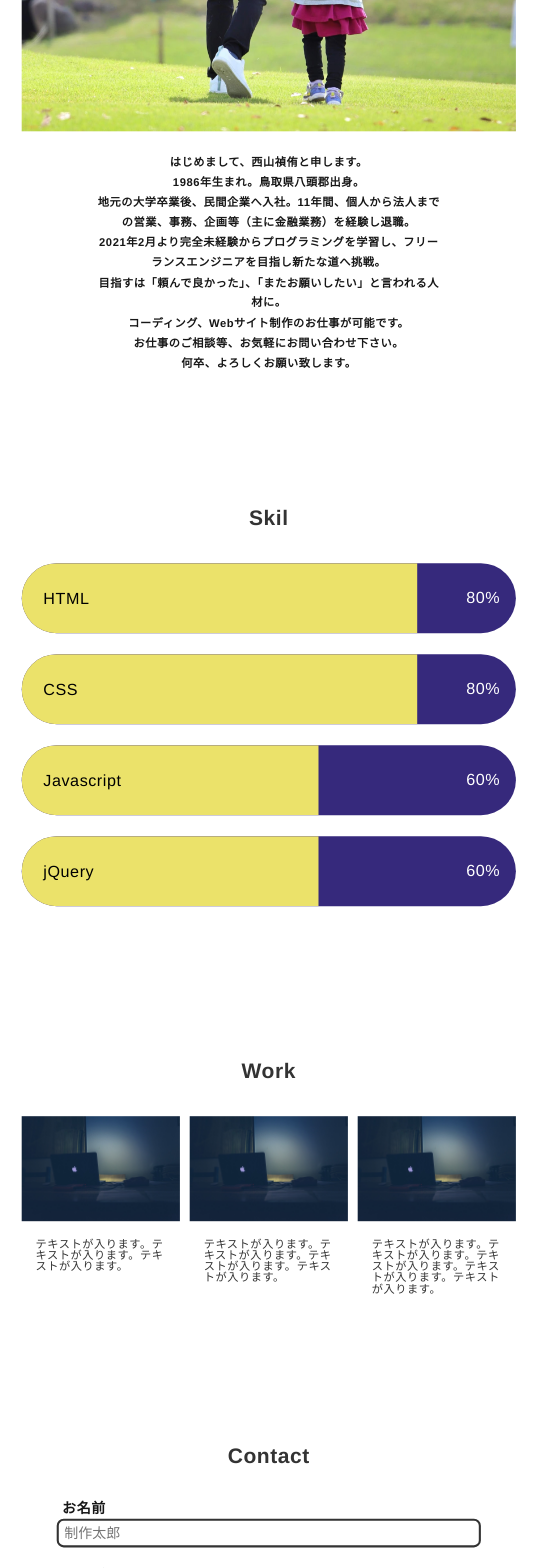
Repository: sadayuki15/portfolio
Page: index.html
The author's editor kept a copy of each file at every save. The page is drawn from the files as they stood at one save, then again after a run of saves.
The browser window is 768 px wide. The pictures show the part of the page from y = 1432 to 3672 px (the page is 4222 px tall before and 4362 px after), at 70% of full size.

Above is the page before, as saved 2021-04-26 14:43:00.

### index.html
<!DOCTYPE html>
<html lang="ja">
<head>
  <meta charset="UTF-8">
  <meta http-equiv="X-UA-Compatible" content="IE=edge">
  <meta name="viewport" content="width=device-width, initial-scale=1.0">
  <link rel="stylesheet" href="./css/reset.css">
  <link rel="stylesheet" href="./css/style.css">
  <title>Document</title>
</head>
<body>
  <!-- header -->
  <header class="header">
    <div class="header-inner">
      <h1 class="header-title">PortFolio</h1>
      <nav class="header-nav">
        <ul class="nav-list">
          <li class="nav-item"><a href="#">Home</a></li>
          <li class="nav-item"><a href="#">About</a></li>
          <li class="nav-item"><a href="#">Skil</a></li>
          <li class="nav-item"><a href="#">Work</a></li>
          <li class="nav-item"><a href="#">Contact</a></li>
        </ul>
      </nav>
      <button id="burger-btn">
        <span class="bar bar_top"></span>
        <span class="bar bar_mid"></span>
        <span class="bar bar_bottom"></span>
      </button>
    </div>
  </header>
  <!-- //header -->

  <main>
  <!-- fv -->
  <div class="fv">
    <div class="main-copy">
      <p class="main-title">
        SADAYUKI<br>
        NISIYAMA
      </p>
    </div>
  </div>
  <!-- //fv -->

  <!-- About -->
  <div class="section-wrapper">
    <h2 class="section-title">ABOUT</h2>
    <div class="section-inner about">
      <div class="about-img-wrapper">
        <img calss="ab-img" src="./img/about3.jpg" alt="">
      </div>
      <div class="about-contents">
        <p class="about-text">
          はじめまして、西山禎侑と申します。
        </p>
        <p class="about-text">
          1986年生まれ。鳥取県八頭郡出身。
        </p>
        <p class="about-text">
          地元の大学卒業後、民間企業へ入社。11年間、個人から法人までの営業、事務、企画等（主に金融業務）を経験し退職。
        </p>
        <p class="about-text">
          2021年2月より完全未経験からプログラミングを学習し、フリーランスエンジニアを目指し新たな道へ挑戦。
        </p>
        <p class="about-text">
          目指すは「頼んで良かった」、「またお願いしたい」と言われる人材に。
        </p>
        <p class="about-text">
          コーディング、Webサイト制作のお仕事が可能です。<br>
          お仕事のご相談等、お気軽にお問い合わせ下さい。
        </p>
        <p class="about-text">
          何卒、よろしくお願い致します。
        </p>
      </div>
    </div>
  </div>
  <!-- //About -->

  <!-- skil -->
  <div class="section-wrapper">
    <h2 class="section-title">Skil</h2>
    <div class="section-inner">
      <div class="chart">
        <div id="board">
          <div class="row">
            <span class="label">HTML</span>
            <div class="bar-wrap">
              <div class="bar" data-value="80"></div>
            </div>
            <span class="number">80%</span>
          </div><!-- row -->
          <div class="row">
            <span class="label">CSS</span>
            <div class="bar-wrap">
              <div class="bar" data-value="80"></div>
            </div>
            <span class="number">80%</span>
          </div><!-- row -->
          <div class="row">
            <span class="label">Javascript</span>
            <div class="bar-wrap">
              <div class="bar" data-value="60"></div>
            </div>
            <span class="number">60%</span>
          </div><!-- row -->
          <div class="row">
            <span class="label">jQuery</span>
            <div class="bar-wrap">
              <div class="bar" data-value="60"></div>
            </div>
            <span class="number">60%</span>
          </div><!-- row -->
        </div><!-- board -->
      </div><!-- chart -->
    </div>
  </div>
  <!-- //skil -->

  <!-- works -->
  <div class="section-wrapper">
    <h2 class="section-title">Work</h2>
    <div class="section-inner">
      <ul class="work-list">
        <li class="work-item">
          <a href="">
            <div class="work-img">
              <img src="./img/top2.jpg" alt="">
            </div>
            <p class="work-text">テキストが入ります。テキストが入ります。テキストが入ります。</p>
          </a>
        </li>
        <li class="work-item">
          <a href="">
            <div class="work-img">
              <img src="./img/top2.jpg" alt="">
            </div>
            <p class="work-text">テキストが入ります。テキストが入ります。テキストが入ります。テキストが入ります。</p>
          </a>
        </li>
        <li class="work-item">
          <a href="">
            <div class="work-img">
              <img src="./img/top2.jpg" alt="">
            </div>
            <p class="work-text">テキストが入ります。テキストが入ります。テキストが入ります。テキストが入ります。テキストが入ります。</p>
          </a>
        </li>
      </ul>
    </div>
  </div>
  <!-- //works -->

  <!-- contact -->
  <div class="section-wrapper">
    <h2 class="section-title">Contact</h2>
    <div class="section-inner">
      <form action="https://docs.google.com/forms/u/0/d/e/1FAIpQLSfCjsqzzj8C34UUE0Mi2WnerATBCsd4cWR83YcoPwhWItEpFQ/formResponse">
        <ul class="contact-list">
          <li class="contact-item">
            <label for="name" class="contact-label">お名前</label>
          </li>
          <li class="contact-item">
            <input id="name" class="input-text" type="text" name="entry.32834570" placeholder="制作太郎">
          </li>
        </ul>
        <ul class="contact-list">
          <li class="contact-item">
            <label for="name" class="contact-label">フリガナ</label>
          </li>
          <li class="contact-item">
            <input id="name" class="input-text" type="text" name="entry.382189680" placeholder="フリガナ">
          </li>
        </ul>
        <ul class="contact-list">
          <li class="contact-item">
            <label for="email" class="contact-label">メールアドレス</label>
          </li>
          <li class="contact-item">
            <input id="email" class="input-text" type="text" name="entry.303714741" placeholder="example@mail.co.jp">
          </li>
        </ul>
        <ul class="contact-list">
          <li class="contact-item">
            <label for="msg" class="contact-label">お問い合わせ内容</label>
          </li>
          <li class="contact-item">
            <textarea id="msg" name="entry.1496098719" placeholder="お気軽にお問い合わせください。"></textarea>
          </li>
        </ul>
        <div class="contact-btn">
          <button class="submit-btn" type="submit" name="button" value="送信">送信する</button>
        </div>
      </form>
    </div>
  </div>
  <!-- //contact -->







  </main>



  <script src="jquery-3.6.0.min.js"></script>
  <script src="index.js"></script>
</body>
</html>

### css/style.css
html {
  font-size: 62.5%;
}
body {
  font-size: 1.6rem;
  letter-spacing: .05em;
  color: #171717;
  font-family: Helvetica, '游ゴシック', 'Yu Gothic', YuGothic, HiraKakuProN-W3, 'メイリオ', Meiryo, sans-serif;
}
ul {
  text-decoration: none;
}
li {
  list-style: none;
}
a {
  text-decoration: none;
}
img {
  width: 100%;
  vertical-align: bottom;
}
/*-------共通-------*/
.section-wrapper {
  padding: 100px 0 100px;
  margin-bottom: 50px;
}
.section-title{
  max-width: 1000px;
  color: #333;
  font-size: 6rem;
  margin: 0 auto 80px;
  padding: 0 30px;
  text-align: center;
}
.section-inner {
  max-width: 1000px;
  margin: 0 auto;
  padding: 0 50px;
}


/*-------header-------*/
.header {
  width: 100%;
  padding: 19px 30px;
  position: absolute;
  top: 0;
  left: 0;
  z-index: 1;
  transition: .3s;
  color: #fff;
  box-sizing: border-box;
}
.header-inner {
  max-width: 1200px;
  margin: 0 auto;
  display: flex;
  justify-content: space-between;
  align-items: center;
  box-sizing: border-box;
}
.header-title {
  font-size: 2.6rem;
}
.nav-list {
  display: flex;
}
.nav-item a {
  display: block;
  color: #fff;
  font-weight: bold;
  text-decoration: none;
  transition: .3s;
}
.nav-item {
  margin-right: 30px;
}
.nav-item:last-of-type {
  margin-right: 0;
}
.nav-item a:hover {
  opacity: .7;
  transition: .3s;
  text-decoration: 3px underline;
}
#burger-btn {
  display: none;
}

/*-------fv-------*/
.fv {
  width: 100%;
  height: 100vh;
  min-height: 550px;
  background-image: url(../img/fv-top.jpg);
  background-size: cover;
  background-position: center;
  /* position: relative; */
}
.main-copy {
  position: absolute;
  bottom: 19%;
  left: 8.3%;
  color: #fff;
  font-weight: bold;
}
.main-title{
  font-size: 10vw;
  text-align: center;
}

.about{
  display: flex;
  justify-content: space-between;
}
.about-img-wrapper {
  max-width: 400px;
  margin-right: 20px;
}
.ab-img {
  width: 100%;
}
.about-text {
  max-width: 500px;
  margin-bottom: 30px;
  line-height: 1.8;
  font-weight: bold;
}

/*-------skil-------*/
.content {
  width: 100%;
  height: 200px;
  line-height: 200px;
  text-align: center;
}
.chart {
  max-width: 1000px;
  margin: 0 auto;
}
.chart .row {
  position: relative;
  height: 100px;
  margin-bottom: 25px;
}
.chart .row span {
  color: #000;
  font-size: 1.8rem;
}
.chart .row span.label {
  position: absolute;
  top: 35px;
  left: 3%;
  padding-left: 10px;
  text-align: left;
  line-height: 30px;
  z-index: 10;
}
.chart .row .bar-wrap {
  position: relative;
  background: #36297c;
  width: 100%;
  height: 100%;
  overflow: hidden;
  border-radius: 50px;
}
.chart .row .bar-wrap .bar {
  position: absolute;
  top: 0;
  left: 0;
  height: 100%;
  background: #ebe26a;
  transition: all 1s;
  transform: translateX(-100%);
}
.chart .row .bar-wrap .bar.no {
  transform: translateX(0%);
}
.chart .row span.number {
  position: absolute;
  top: 35px;
  right: 3%;
  width: 40px;
  padding-right: 10px;
  text-align: right;
  line-height: 28px;
  z-index: 10;
  color: #fff;
}

/*-------work-------*/
.work-list {
  max-width: 1000px;
  margin: 0 auto;
  display: flex;
  justify-content: space-between;
}
.work-item {
  width: 32%;
}
.work-item a {
  color: #333;
}
.work-text {
  padding: 25px 20px;
}

/*-------contact-------*/
.contact-list {
  max-width: 700px;
  margin: 0 auto 30px;
  padding: 0 50px;
}
.contact-item {
  margin-bottom: 5px;
}
.contact-item:last-of-type {
  margin-bottom: 0;
}
.contact-label {
  display: block;
  font-weight: bold;
  font-size: 20px;
  padding: 0 8px;
}
input,textarea {
  resize: none;
  appearance: none;
  -webkit-appearance: none;
  outline: none;
  border: 3px solid #333;
  width: 100%;
  color: #333;
  box-sizing: border-box;
  border-radius: 10px;
  font-size: 20px;
}
.input-text {
  padding: 0 8px;
  line-height: 35px;
}
.input-text:focus {
  background-color: #eaf6fd;
}
textarea {
  height: 150px;
  padding: 0 8px;
  line-height: 30px;
}
textarea:focus {
  background-color: #eaf6fd;
}
.contact-btn {
  text-align: center;
  max-width: 700px;
  margin: 0 auto;
}
button {
  background-color: transparent;
  border: none;
  cursor: pointer;
  outline: none;
  padding: 0;
  appearance: none;
}
.submit-btn {
  display: block;
  width: 235px;
  line-height: 60px;
  margin: 0 auto;
  background-color: #d61010;
  box-shadow: 0 0 6px #1B1310;
  border-radius: 30px;
  text-align: center;
  color: #171717;
  font-weight: bold;
  transition: .3s;
  border: none;
  font-size: 20px;
}
.submit-btn:hover {
  opacity: .9;
  transition: .3s;
  cursor: pointer;
}

/*-------media-------*/
@media screen and (min-width: 1000px) {
  .chart .row {
    margin-bottom: 30px;
  }
  .chart .row span {
    color: #000;
    font-size: 3rem;
  }
}

@media screen and (max-width: 1000px) {
  .chart .row {
    margin-bottom: 30px;
  }
  .chart .row span {
    color: #000;
    font-size: 3vw;
  }
}

@media screen and (max-width:768px) {
  /*-------- base_sp -------*/
  .section-wrapper {
    padding: 100px 0 40px;
  }
  .section-title {
    padding: 0 4vw;
    font-size: 3rem;
    margin-bottom: 50px;
  }
  .section-title:after {
    width: 90px;
  }
  .section-inner {
    padding: 0 4vw;
  }

  /*-------- header -------*/
  .header-nav {
    position: fixed;
    top: -110%;
    left: 0;
    right: 0;
    width: 100%;
    height: 100vh;
    background: rgba(0,0,0,0.9);
    color: #ffffff;
    display: flex;
    align-items: center;
    justify-content: center;

    /* 上からスライド */
    transition: top 0.5s;
  }
  .nav-list {
    display: block;
  }
  .nav-item {
    margin-bottom: 20px;
  }

#burger-btn .bar {
  display: block;
  background-color: #fff;
  width: 30px;
  height: 3px;
  transition: .3s;
}
.bar_top,
.bar_mid {
  margin-bottom: 8px;
}

#burger-btn.cross .bar_top {
  transform: rotate(45deg) translate(8px,8px);
  transition: .3s;
}
#burger-btn.cross .bar_mid {
  opacity: 0;
  transition: .3s;
}
#burger-btn.cross .bar_bottom {
  transform: rotate(-45deg) translate(8px,-8px);
  transition: .3s;
}
body.noscroll {
  overflow: hidden;
}

/* ナビゲーションボタン（開く） */
#burger-btn{
  display: block;
  top: 15px;
  padding: 0;
  outline: none;
  border: none;
  background: none;
  width: 30px;
  height: 20px;
  cursor: pointer;
}
.open .header-nav{
  top: 0;
}
.open #burger-btn{
  z-index: 100;
}

/*-------- fv -------*/
.main-copy {
  top: 60%;
  left: 50%;
  transform: translate(-60%,-50%);
}
.main-title {
  font-size: 11vw;
  white-space: nowrap;
}

/*-------- fv -------*/
.about {
  display: block;
}
.about-img-wrapper {
  max-width: 100%;
  margin-right: 0;
  margin-bottom: 30px;
}
.about-text {
  text-align: center;
  margin: 0 auto;
}

}

### index.js
function generateChart(wrapper) {
  let values = [];

  $(wrapper + ' .bar').each(function(index, el) {
    values.push($(this).data('value'));
  });

  $(wrapper + ' .bar').each(function(index, el) {
    let bar = $(this);
    let value = bar.data('value');

    bar.width(value + '%');

    let board = $('#board');
    let boardO = board.offset().top;
    let boardH = board.height();
    let windowH = $(window).height();
    let windowS = $(window).scrollTop();

    if(windowS > boardO - windowH + (windowH / 2) && windowS < boardO + boardH - (boardH / 2)){
      bar.addClass('no');
    }
  });
}

$(window).on('scroll', function(event) {
  generateChart('#board');
});

document.getElementById("burger-btn").onclick = function(){
  document.querySelector('html').classList.toggle('open');
  $(this).toggleClass('cross');
  $('body').toggleClass('noscroll');
}

Loaded but not shown: css/reset.css (common file); jquery-3.6.0.min.js (library)

After the next 3 saves:
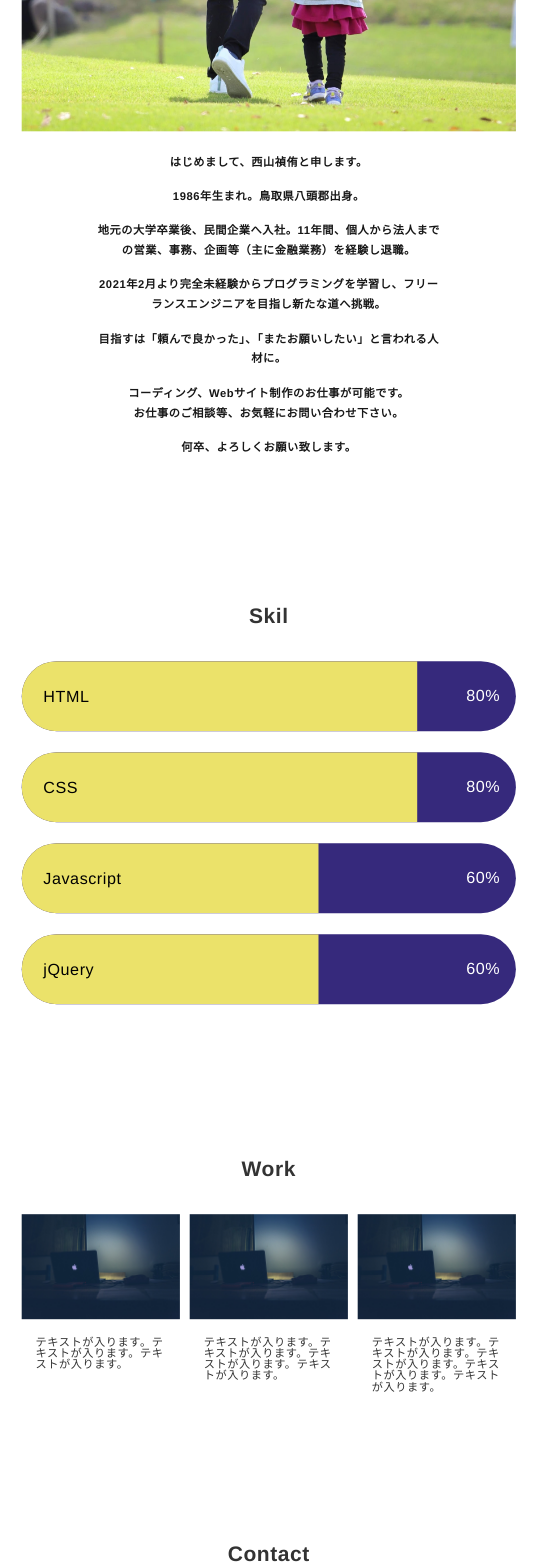
The 3 saves are shown as one change because they came seconds apart.
The last was saved 10 s later.
--- a/css/style.css
+++ b/css/style.css
@@ -417,6 +417,7 @@ body.noscroll {
 .about-text {
   text-align: center;
   margin: 0 auto;
-}
-
-}
+  margin-bottom: 20px;
+}
+
+}
